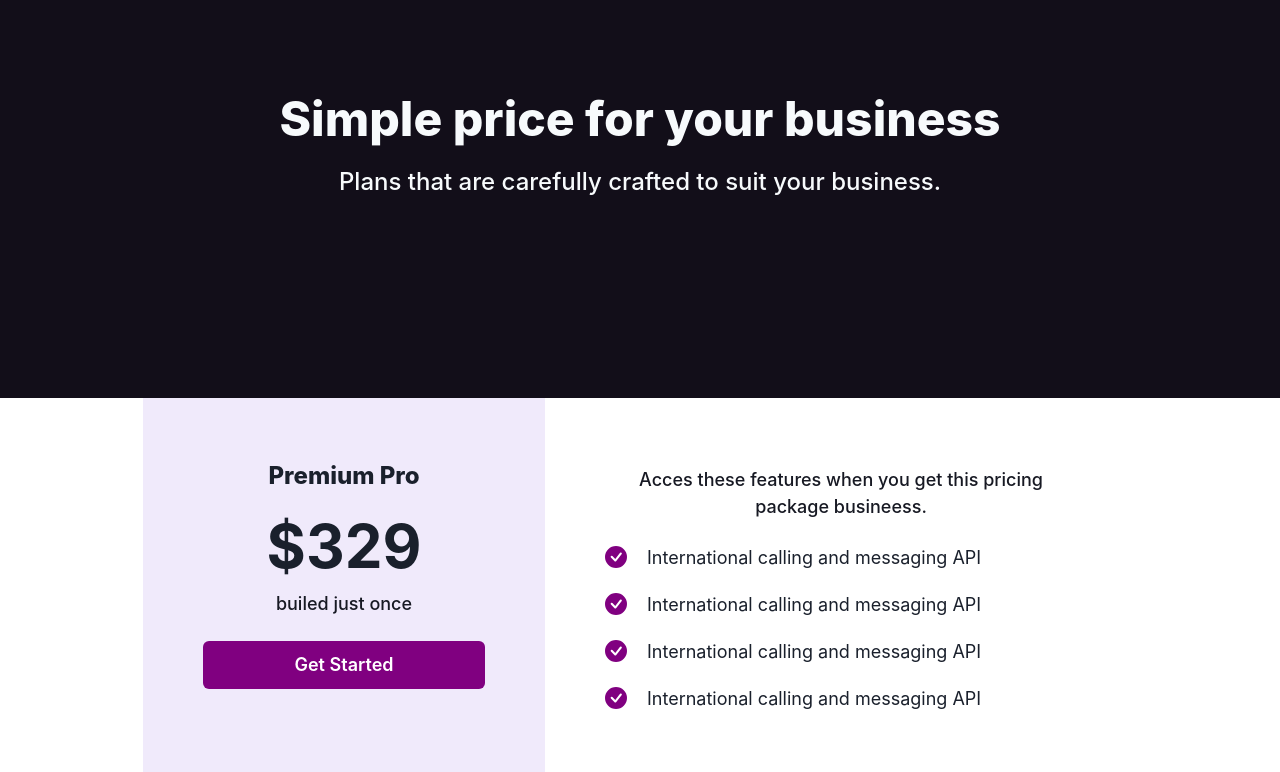
Repository: noutijo/learn-in-depth-chakra-ui
Page: /
The author's editor kept a copy of each file at every save. The page is drawn from the files as they stood at one save, then again after the next save.
The browser window is 1280 px wide. The pictures show the whole page.
The project was rebuilt for these pictures with package versions that can differ from the ones it lists, and the page was loaded fresh each time. Also part of the build but not shown: vite.config.ts.

Above is the page before, as saved 2023-01-30 16:11:33.

### src/main.tsx
import React from 'react'
import ReactDOM from 'react-dom/client'
import App from './App'
import { ChakraProvider } from "@chakra-ui/react"

ReactDOM.createRoot(document.getElementById('root') as HTMLElement).render(
  <ChakraProvider>
  <React.StrictMode>
    <App />
  </React.StrictMode>
  </ChakraProvider>,
)

### src/App.tsx
//import './App.css'
import "./App.css";
import { Box, Flex, Stack, VStack, HStack } from "@chakra-ui/react";
import { Header  } from "./components/Header";
import { Pricing } from "./components/Pricing";

export default function App() {
  return (
    <div className="App">
      <Box>
        <Header />
        <Pricing />
      </Box>
    </div>
  );
}

### src/App.css
#root {
  max-width: 1280px;
  margin: 0 auto;
  text-align: center;
}

.logo {
  height: 6em;
  padding: 1.5em;
  will-change: filter;
}
.logo:hover {
  filter: drop-shadow(0 0 2em #646cffaa);
}
.logo.react:hover {
  filter: drop-shadow(0 0 2em #61dafbaa);
}

@keyframes logo-spin {
  from {
    transform: rotate(0deg);
  }
  to {
    transform: rotate(360deg);
  }
}

@media (prefers-reduced-motion: no-preference) {
  a:nth-of-type(2) .logo {
    animation: logo-spin infinite 20s linear;
  }
}

.card {
  padding: 2em;
}

.read-the-docs {
  color: #888;
}

### src/components/Header.tsx
//import './App.css'
import { Box, Heading, Text, Flex } from "@chakra-ui/react";

export function Header() {
  return (
    <Box
      as="section"
      color="#F7FAFC"
      bg="#120E19"
      pt="90px"
      pb="198px"
      px="32px">
      <Heading fontWeight={800} fontSize={"48px"}>
        Simple price for your business
      </Heading>
      <Text fontWeight={500} fontSize={"24px"} mt="16px">
        Plans that are carefully crafted to suit your business.
      </Text>
    </Box>
  );
}

### src/components/Pricing.tsx
//import './App.css'
import { Box, Heading, Text, Flex, Button, HStack,Stack, Icon } from "@chakra-ui/react"
import { BsCheckCircleFill } from "react-icons/bs"

export const ListItem = (props:any)=>{
    const {children, ...rest } = props
    return (
      <HStack as="li" spacing="20px" {...rest}>
        <Icon as={BsCheckCircleFill}  w="22px" h="22px" color="purple"/>
        <Text>{children}</Text>
      </HStack>
    );
}

export function Pricing() {
  return (
    <Box maxW="994px" m="auto" mt="-">
      <Flex>
        <Box bg="#f0eafb" p="60px">
          <Text fontSize="24px" fontWeight="800">
            Premium Pro
          </Text>
          <Heading as="h3" fontSize="60px" mt="16px">
            $329
          </Heading>
          <Text fontSize="18px" fontWeight="500" color="#171923" mt="8px">
            builed just once
          </Text>
          <Button
            bg="purple"
            color="white"
            size={"lg"}
            w="282px"
            mt="24px"
            _hover={{ backgrounColor: "purple", color: "#F7FAFC" }}>
            Get Started
          </Button>
        </Box>

        <Box p="60px" fontSize="18px">
            <Text fontSize="18px" fontWeight="500" color="#171923" mt="8px">
            Acces these features when you get this pricing package busineess.
          </Text>
          <Stack as="ul" spacing="20px" pt="24px">
           <ListItem>International calling and messaging API</ListItem>
           <ListItem>International calling and messaging API</ListItem>
           <ListItem>International calling and messaging API</ListItem>
           <ListItem>International calling and messaging API</ListItem>
          </Stack>
        </Box>
      </Flex>
    </Box>
  )
}

Loaded but not shown: index.html (common file)

After the next save:
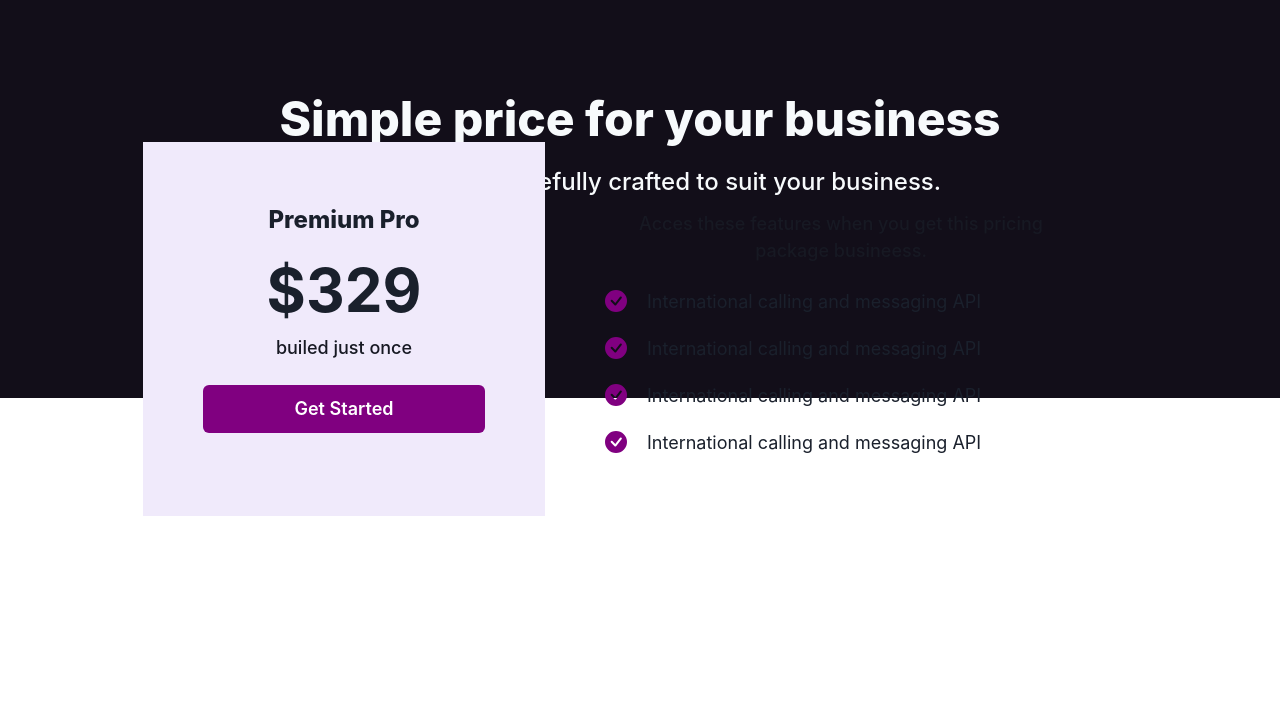
Saved 6 s later.
--- a/src/components/Pricing.tsx
+++ b/src/components/Pricing.tsx
@@ -14,7 +14,7 @@ export const ListItem = (props:any)=>{
 
 export function Pricing() {
   return (
-    <Box maxW="994px" m="auto" mt="-">
+    <Box maxW="994px" m="auto" mt="-256">
       <Flex>
         <Box bg="#f0eafb" p="60px">
           <Text fontSize="24px" fontWeight="800">
